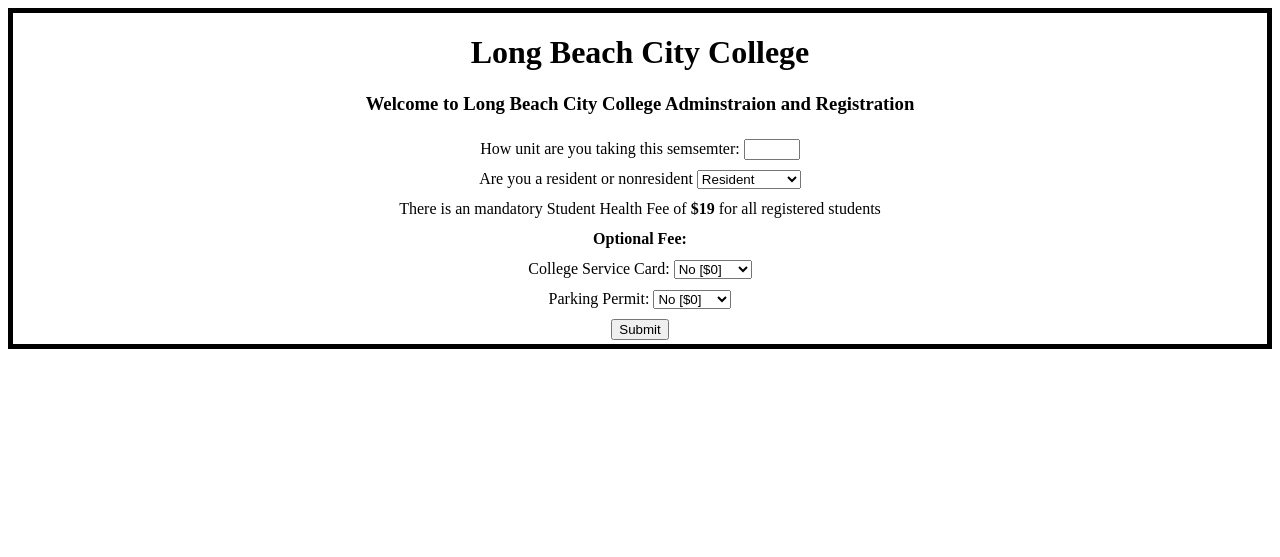
Repository: Lpanglb/COSW30
Page: Homework/HW3/tuition_calculator.html
The author's editor kept a record of every edit. The page is drawn from the files as they stood at one moment, then again after the next edit.
The browser window is 1280 px wide. The pictures show the whole page.

Above is the page before.

After the next edit:
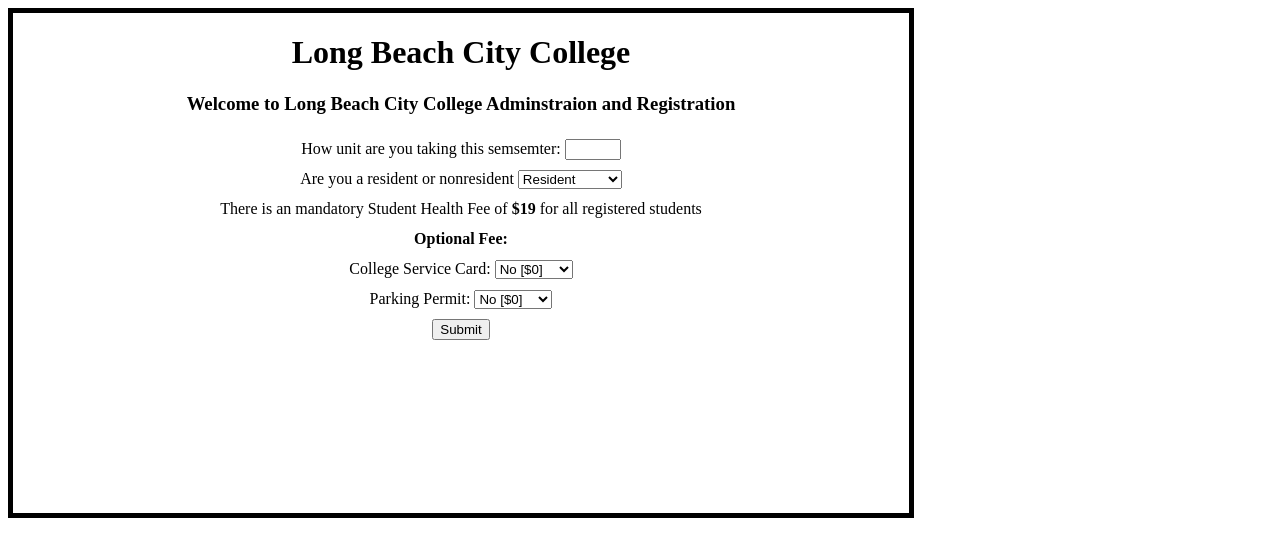
The edit:
--- a/Homework/HW3/tuition_calculator.html
+++ b/Homework/HW3/tuition_calculator.html
@@ -13,6 +13,8 @@
         body{
            border-style: solid;
             border-width: 5px;
+            height: 500px;
+            width: 70%;
         }
 
     </style>
